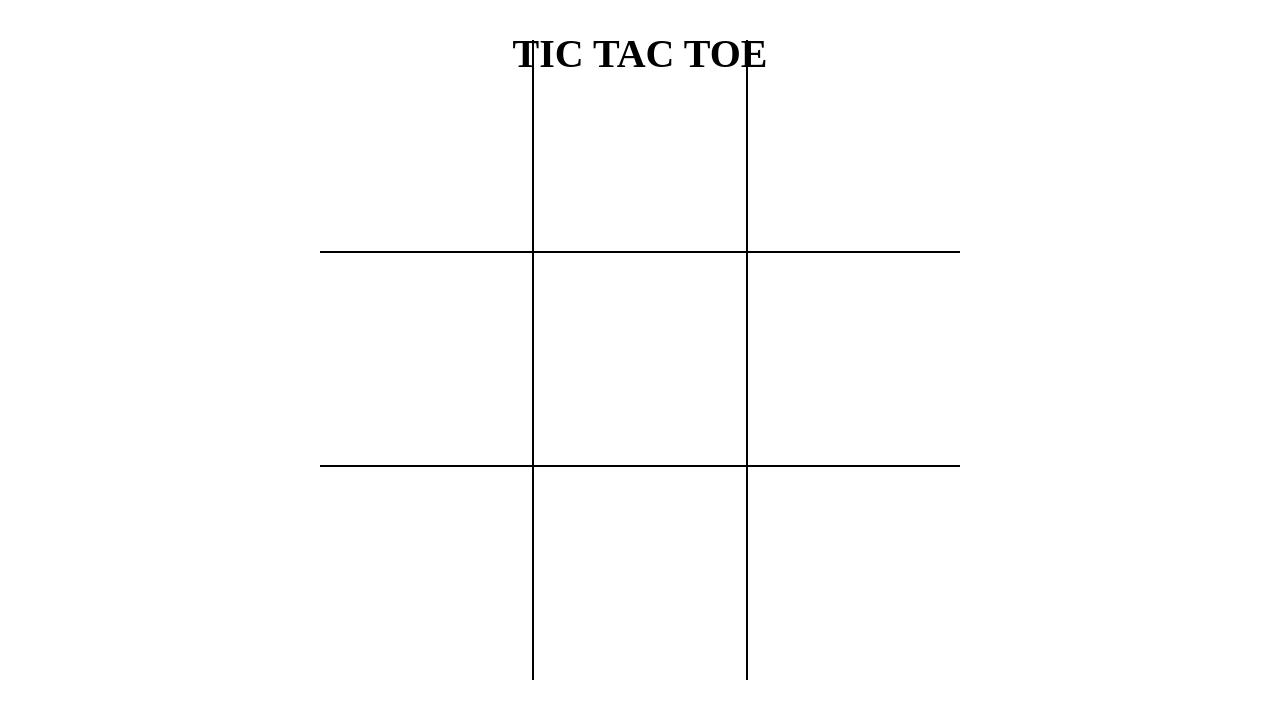
Repository: baumanmilosz/tictactoe
Page: index.html
An editor plug-in stored every save of this project. The page is shown before and after the next save, followed by the edit.
The browser window is 1280 px wide. The pictures show the whole page.

Above is the page before, as saved 2019-02-21 16:49:37.

### index.html
<!DOCTYPE html>
<html lang="en">

<head>
  <meta charset="UTF-8">
  <meta name="viewport" content="width=device-width, initial-scale=1.0">
  <meta http-equiv="X-UA-Compatible" content="ie=edge">
  <link rel="stylesheet" href="./style.css">
  <title>Tic Tac Toe</title>
</head>

<body>
  <header class="game-header">
    <h1 class="game-title">Tic Tac Toe</h1>
  </header>
  <div class="board">
    <div class="row">
      <div class="box"></div>
      <div class="box"></div>
      <div class="box"></div>
    </div>
    <div class="row">
      <div class="box"></div>
      <div class="box"></div>
      <div class="box"></div>
    </div>
    <div class="row">
      <div class="box"></div>
      <div class="box"></div>
      <div class="box"></div>
    </div>
  </div>

  <script src="./script.js"></script>
</body>

</html>

### style.css
* {
  margin: 0;
  padding: 0;
  box-sizing: border-box;
}

html {
  font-size: 10px;
}

body {
  position: relative;
  height: 100vh;
}

.game-header {
  padding: 3rem 0;
  text-align: center;
}

.game-header .game-title {
  font-size: 4rem;
  text-transform: uppercase;
}

.board {
  display: flex;
  flex-wrap: wrap;
  justify-content: center;
  align-items: center;
  position: absolute;
  left: 50%;
  top: 50%;
  transform: translate(-50%, -50%);
  width: 50vw;
  height: 50vw;
}

.row {
  width: 100%;
  height: 33.3%;
  display: flex;
  cursor: pointer;
}

.row:nth-child(1), .row:nth-child(2) {
  border-bottom: 2px solid black;
}

.box {
  position: relative;
  width: 100%;
  height: 100%;
}

.row > .box:nth-child(1), .row > .box:nth-child(2) {
  border-right: 2px solid black;
}

.box.circle:before, .box.cross::after {
  position: absolute;
  left: 50%;
  top: 50%;
  transform: translate(-50%,-50%);
  font-size: 40px;
}

.box.circle:before{
  content: 'X';
}

.box.cross::after{
  content: 'O';
}

### script.js
const boxes = document.querySelectorAll('.box');

let oddPlayer = true;

boxes.forEach(box => box.addEventListener('click', () => {
  if (box.classList.contains('circle') || box.classList.contains('cross')) return;
  oddPlayer ? box.classList.add('circle') : box.classList.add('cross');
  oddPlayer = !oddPlayer;
}));

After the next save:
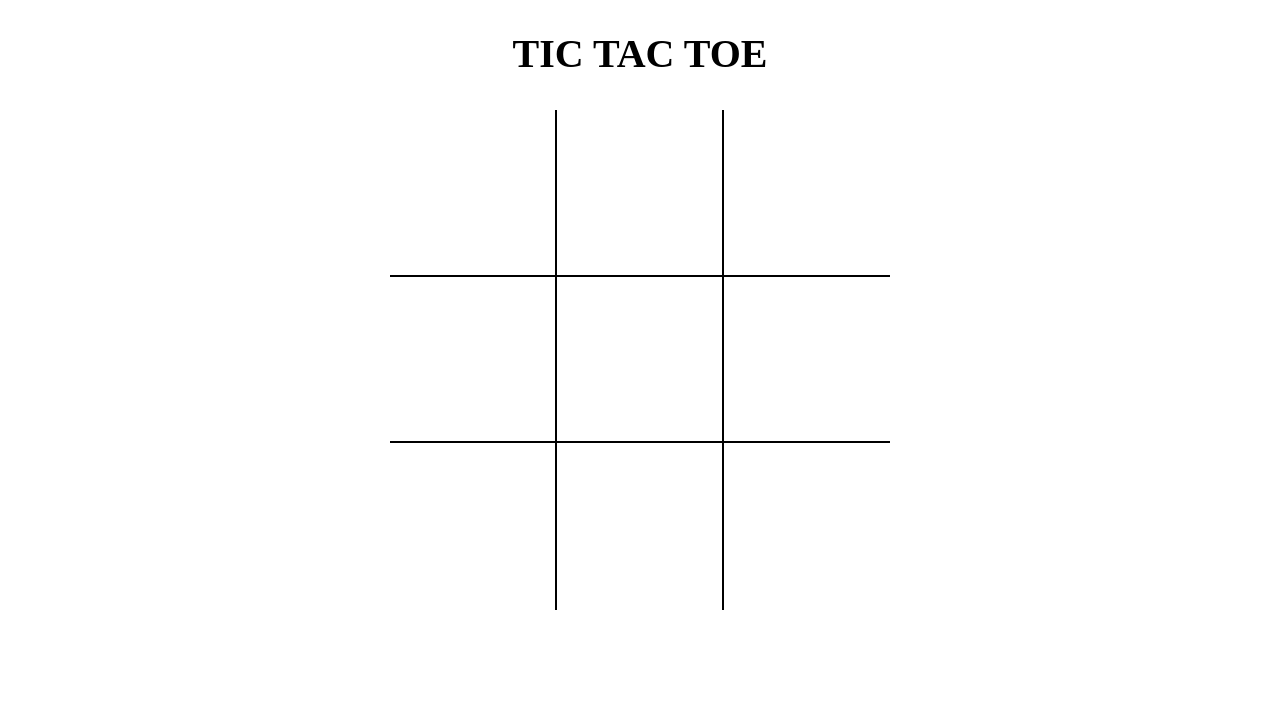
Saved 3 min 1 s later.
--- a/style.css
+++ b/style.css
@@ -34,6 +34,8 @@
   transform: translate(-50%, -50%);
   width: 50vw;
   height: 50vw;
+  max-width: 500px;
+  max-height: 500px;
 }
 
 .row {

After the save that followed:
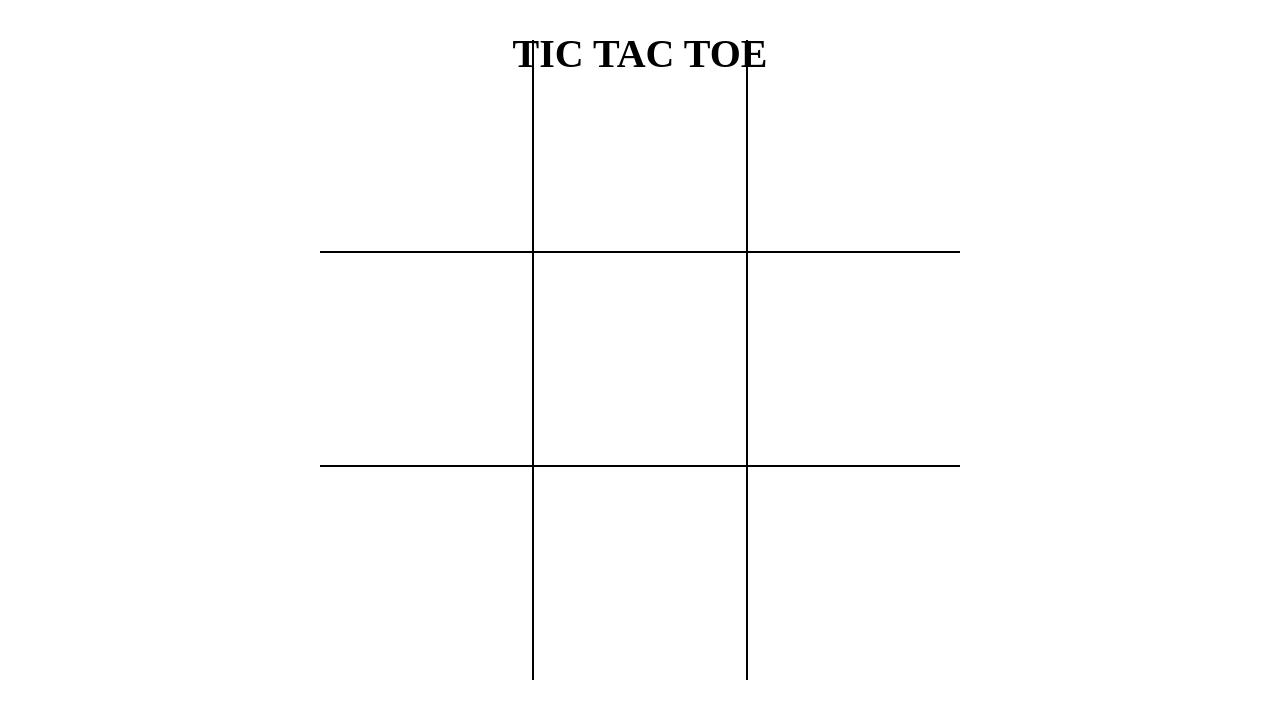
Saved 10 s later.
--- a/style.css
+++ b/style.css
@@ -34,8 +34,8 @@
   transform: translate(-50%, -50%);
   width: 50vw;
   height: 50vw;
-  max-width: 500px;
-  max-height: 500px;
+  max-width: 700px;
+  max-height: 700px;
 }
 
 .row {
